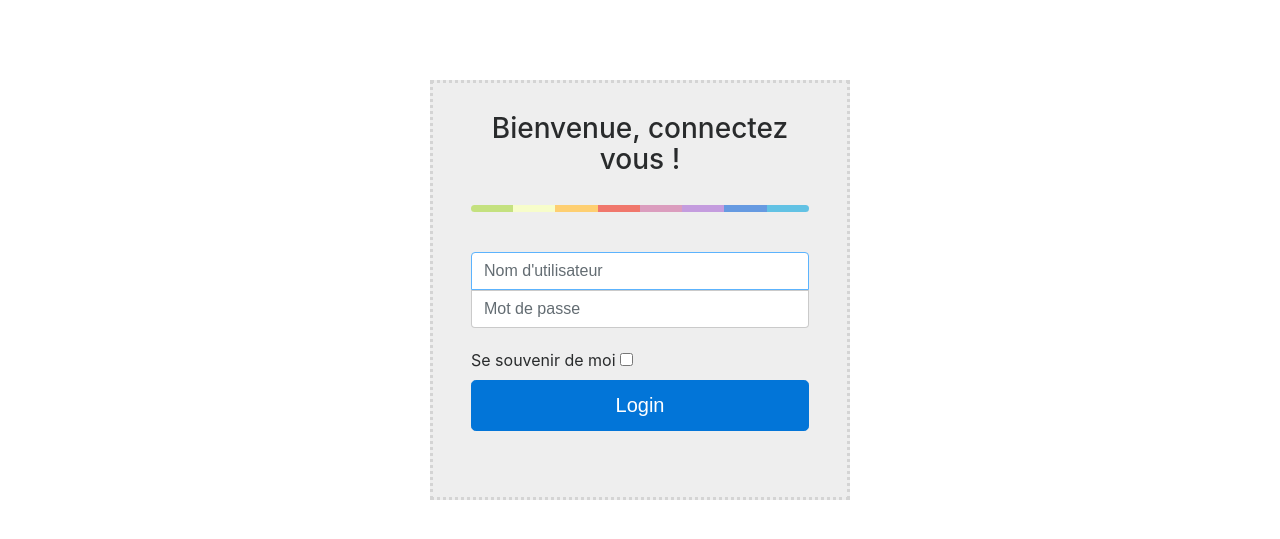
Repository: vmele/Cote
Page: http://localhost/PPE4_VMELE/ConnexionServlet
These files come from the project's save history. The page is drawn as it stood at one moment and after the next save; the edit follows.
The browser window is 1280 px wide. The pictures show the whole page.
The page is served by Tomcat 9. Other server files are loaded and not shown.

Above is the page before, as saved 2017-05-31 16:58:53.
Console error (its wording comes from the project's code and is left out).

### Workspace/PPE4_VMELE/WebContent/index.jsp
<%@ page language="java" contentType="text/html; charset=UTF-8"
	pageEncoding="UTF-8"%>

<!DOCTYPE html>
<html>
<head>
<title>Connexion</title>
<link rel="stylesheet" href="css/style.css">
<script
	src="https://maxcdn.bootstrapcdn.com/bootstrap/4.0.0-alpha.6/js/bootstrap.min.js"
	integrity="sha384-vBWWzlZJ8ea9aCX4pEW3rVHjgjt7zpkNpZk+02D9phzyeVkE+jo0ieGizqPLForn"
	crossorigin="anonymous"></script>
	<link rel="stylesheet"
	href="https://maxcdn.bootstrapcdn.com/bootstrap/4.0.0-alpha.6/css/bootstrap.min.css"
	integrity="sha384-rwoIResjU2yc3z8GV/NPeZWAv56rSmLldC3R/AZzGRnGxQQKnKkoFVhFQhNUwEyJ"
	crossorigin="anonymous">
</head>

<body>

	<%-- 	<h3>S'identifier</h3>
	<p>Bienvenue, veuillez saisir vos informations de connexion pour
		continuer</p>
	<form action="LoginServlet" method="POST" name="formulaireConnexion">

		<!--  A GARDER -->
				<c:if test="${CONTROLE_CONNEXION eq'NOK'}">
			<div>
				<strong>Erreur</strong> La combinaison est incorrecte.
			</div>
		</c:if>

		<h5>Pseudo :</h5>
		<input type="text" name="LOGIN" id="LOGIN" value="${LOGIN}">
		<h5>Mot de passe :</h5>
		<input type="password" name="PASSWORD" id="PASSWORD" value="${MDP}">
		<br> <label for="MEMOIRE">Se souvenir de moi</label> <input
			type="checkbox" id="MEMOIRE" name="MEMOIRE">
		<c:if test="${MEMOIRE eq'OK'}">
		</c:if>
		<br> <br> <input type="submit" name="submit" id="sumbit"
			value="Se connecter"> <br>

	</form> --%>

	<div class="container">
		<div class="wrapper">
			<form action="LoginServlet" method="POST" name="formulaireConnexion"
				class="form-signin">
				<h3 class="form-signin-heading">Bienvenue, connectez vous !</h3>
				<hr class="colorgraph">
				<br> <input type="text" class="form-control" name="LOGIN"
					id="LOGIN" value="${LOGIN}" placeholder="Nom d'utilisateur"
					required="" autofocus="" /> <input type="password"
					class="form-control" name="PASSWORD" id="PASSWORD" value="${MDP}"
					placeholder="Mot de passe" required="" /> <label for="MEMOIRE">Se
					souvenir de moi</label> <input type="checkbox" id="MEMOIRE" name="MEMOIRE">
				<c:if test="${MEMOIRE eq'OK'}">
				</c:if>

				<button class="btn btn-lg btn-primary btn-block" name="Submit"
					value="Login" type="Submit">Login</button>
			</form>
		</div>
	</div>
</body>
</html>

### Workspace/PPE4_VMELE/src/servlet/ConnexionServlet.java
package servlet;

import java.io.IOException;
import javax.servlet.ServletException;
import javax.servlet.http.Cookie;
import javax.servlet.http.HttpServlet;
import javax.servlet.http.HttpServletRequest;
import javax.servlet.http.HttpServletResponse;

/**
 * Servlet implementation class ConnexionServlet
 */
public class ConnexionServlet extends HttpServlet
{
	private static final long serialVersionUID = 1L;
	public static final int COOKIE_MAX_AGE = 60 * 60 * 24 * 365; // 1 an

	/**
	 * @see HttpServlet#HttpServlet()
	 */
	public ConnexionServlet()
	{
		super();
		System.out.println("Constructeur ConnexionServlet");

		// TODO Auto-generated constructor stub
	}

	/**
	 * @see HttpServlet#doGet(HttpServletRequest request, HttpServletResponse
	 *      response)
	 */
	protected void doGet(HttpServletRequest request, HttpServletResponse response) throws ServletException, IOException
	{
		String contenuCookie = getCookieValue(request, "LOGIN");
		String login = "";
		String mdp = "";
		String memoire = "";
		int index1;
		int index2;

		if (contenuCookie != null)
		{
			index1 = contenuCookie.indexOf("-");
			index2 = contenuCookie.indexOf("/");

			memoire = contenuCookie.substring(0, index1);

			if (memoire.equals("OK"))
			{
				login = contenuCookie.substring(index1 + 1, index2);
				mdp = contenuCookie.substring(index2 + 1);
			}
			request.setAttribute("LOGIN", login);
			request.setAttribute("MDP", mdp);
			request.setAttribute("MEMOIRE", memoire);
		}
		request.getRequestDispatcher("/index.jsp").forward(request, response);
	}

	/**
	 * @see HttpServlet#doPost(HttpServletRequest request, HttpServletResponse
	 *      response)
	 */
	protected void doPost(HttpServletRequest request, HttpServletResponse response) throws ServletException, IOException
	{
		// TODO Auto-generated method stub
		doGet(request, response);
	}

	private static String getCookieValue(HttpServletRequest request, String login)
	{
		Cookie[] cookies = request.getCookies();

		if (cookies != null)
		{
			for (Cookie cookie : cookies)
			{
				if (cookie != null && login.equals(cookie.getName()))
				{
					return cookie.getValue();
				}
			}
		}
		return null;
	}
}

### Workspace/PPE4_VMELE/WebContent/css/style.css
@import url('https://fonts.googleapis.com/css?family=Open+Sans');

h6 {
	font-family: 'Open Sans', sans-serif;
	text-transform : uppercase;
	font-size : 8px;
	text-align : center;
}

.selecteur select {

	margin-right : auto;
	margin-left : auto;
}
.selecteur input {

	margin-right : auto;
	margin-left : auto;
	margin-bottom : 20px;
}

.selecteur btn {
	text-align : center;
	margin-right : auto;
	margin-left : auto
}

btn  {
	display: block;
  margin : auto;
}

.table-responsive {
    max-height:300px;
}

.wrapper {
	margin-top: 80px;
	margin-bottom: 20px;
}

.form-signin {
  max-width: 420px;
  padding: 30px 38px 66px;
  margin: 0 auto;
  background-color: #eee;
  border: 3px dotted rgba(0,0,0,0.1);
  }

.form-signin-heading {
  text-align:center;
  margin-bottom: 30px;
}

.form-control {
  position: relative;
  font-size: 16px;
  height: auto;
  padding: 10px;
}

input[type="text"] {
  margin-bottom: 0px;
  border-bottom-left-radius: 0;
  border-bottom-right-radius: 0;
}

input[type="password"] {
  margin-bottom: 20px;
  border-top-left-radius: 0;
  border-top-right-radius: 0;
}

.colorgraph {
  height: 7px;
  border-top: 0;
  background: #c4e17f;
  border-radius: 5px;
  background-image: -webkit-linear-gradient(left, #c4e17f, #c4e17f 12.5%, #f7fdca 12.5%, #f7fdca 25%, #fecf71 25%, #fecf71 37.5%, #f0776c 37.5%, #f0776c 50%, #db9dbe 50%, #db9dbe 62.5%, #c49cde 62.5%, #c49cde 75%, #669ae1 75%, #669ae1 87.5%, #62c2e4 87.5%, #62c2e4);
  background-image: -moz-linear-gradient(left, #c4e17f, #c4e17f 12.5%, #f7fdca 12.5%, #f7fdca 25%, #fecf71 25%, #fecf71 37.5%, #f0776c 37.5%, #f0776c 50%, #db9dbe 50%, #db9dbe 62.5%, #c49cde 62.5%, #c49cde 75%, #669ae1 75%, #669ae1 87.5%, #62c2e4 87.5%, #62c2e4);
  background-image: -o-linear-gradient(left, #c4e17f, #c4e17f 12.5%, #f7fdca 12.5%, #f7fdca 25%, #fecf71 25%, #fecf71 37.5%, #f0776c 37.5%, #f0776c 50%, #db9dbe 50%, #db9dbe 62.5%, #c49cde 62.5%, #c49cde 75%, #669ae1 75%, #669ae1 87.5%, #62c2e4 87.5%, #62c2e4);
  background-image: linear-gradient(to right, #c4e17f, #c4e17f 12.5%, #f7fdca 12.5%, #f7fdca 25%, #fecf71 25%, #fecf71 37.5%, #f0776c 37.5%, #f0776c 50%, #db9dbe 50%, #db9dbe 62.5%, #c49cde 62.5%, #c49cde 75%, #669ae1 75%, #669ae1 87.5%, #62c2e4 87.5%, #62c2e4);
}

After the next save:
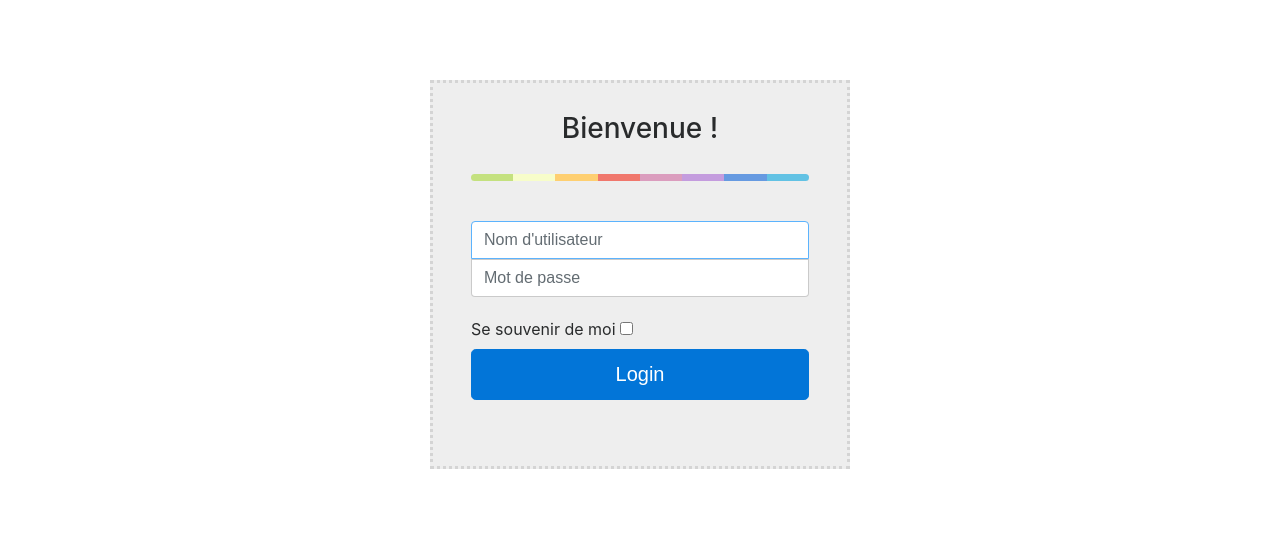
Saved 36 s later.
--- a/Workspace/PPE4_VMELE/WebContent/index.jsp
+++ b/Workspace/PPE4_VMELE/WebContent/index.jsp
@@ -47,7 +47,7 @@
 		<div class="wrapper">
 			<form action="LoginServlet" method="POST" name="formulaireConnexion"
 				class="form-signin">
-				<h3 class="form-signin-heading">Bienvenue, connectez vous !</h3>
+				<h3 class="form-signin-heading">Bienvenue !</h3>
 				<hr class="colorgraph">
 				<br> <input type="text" class="form-control" name="LOGIN"
 					id="LOGIN" value="${LOGIN}" placeholder="Nom d'utilisateur"
